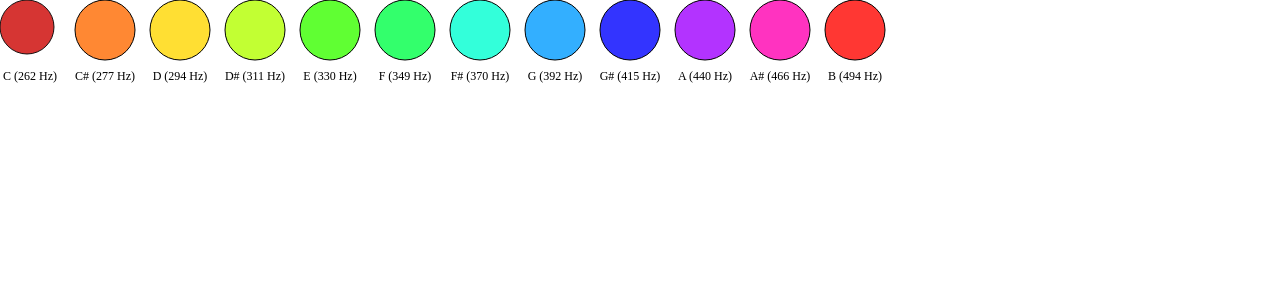
Repository: studiorichie/richielau.com
Page: assets/sound-to-color.html
These files come from the project's save history. The page is drawn as it stood at one moment and after the next save; the edit follows.
The browser window is 1280 px wide. The pictures show the whole page.
The first visible `.key-circle` is being pressed.

Above is the page before, as saved 2024-11-06 20:27:38.

After the next save:
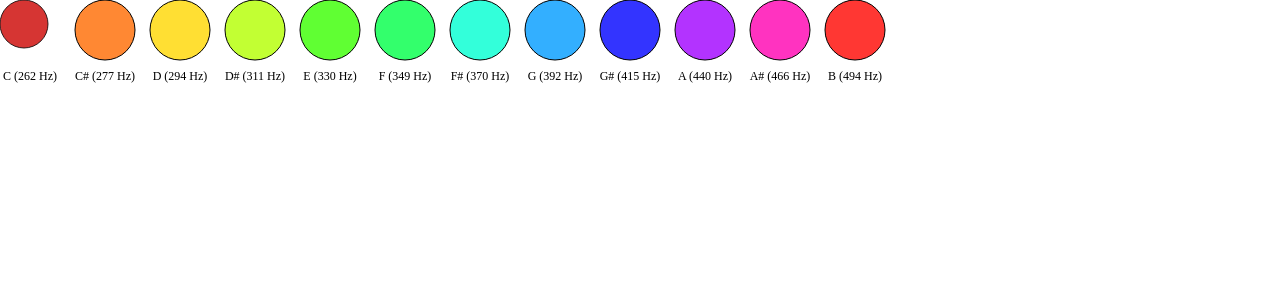
Saved 48 s later.
--- a/assets/sound-to-color.html
+++ b/assets/sound-to-color.html
@@ -28,7 +28,7 @@
         }
 
         .key-circle:active {
-            transform: scale(0.9);
+            transform: scale(0.8);
             filter: brightness(0.8);
         }
         .label {
